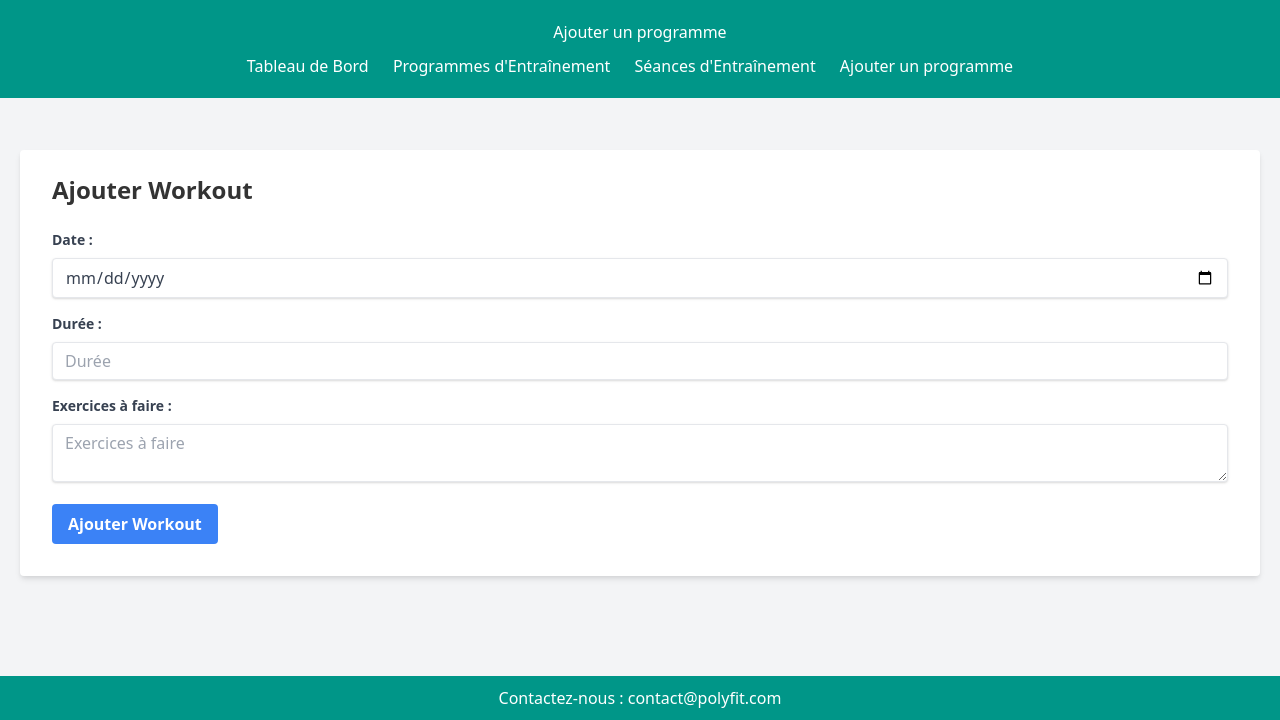
Repository: rimessouabni/polyfit
Page: src/main/resources/static/AddWorkout.html
These files come from the project's save history. The page is drawn as it stood at one moment and after the next save; the edit follows.
The browser window is 1280 px wide. The pictures show the whole page.

Above is the page before, as saved 2024-03-18 16:13:41.

After the next save:
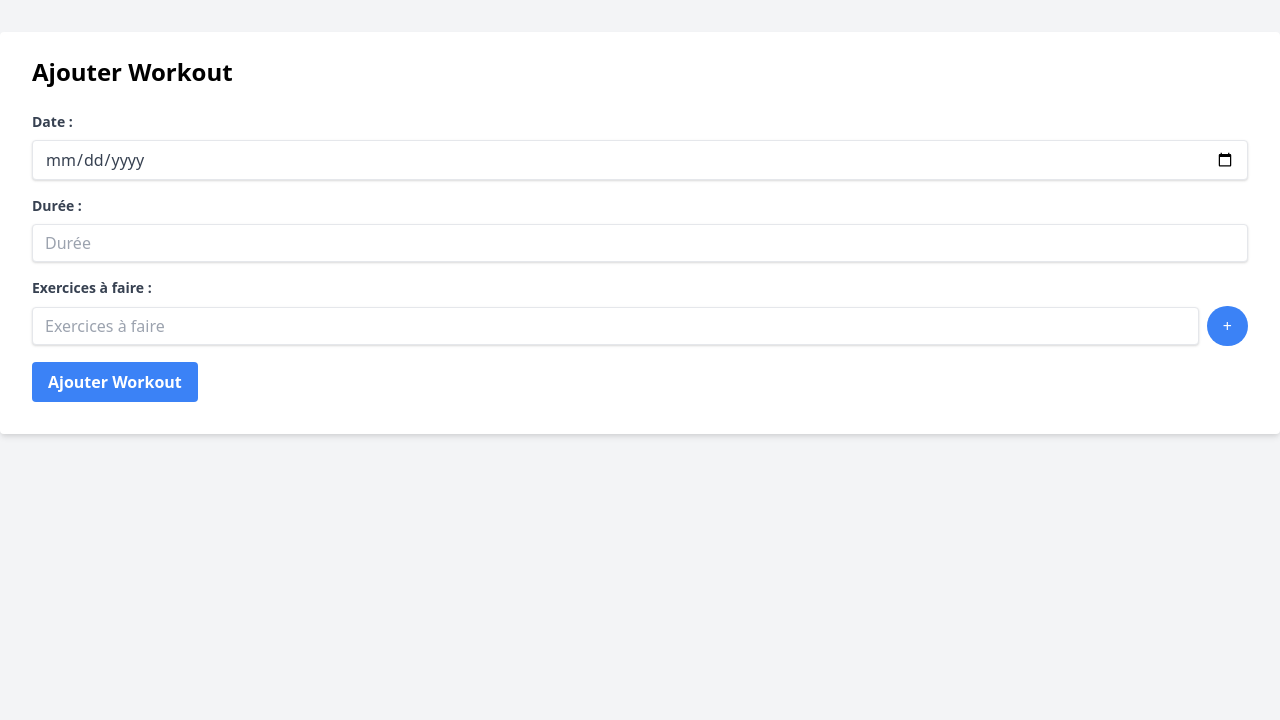
Saved 3 min 4 s later.
--- a/src/main/resources/static/AddWorkout.html
+++ b/src/main/resources/static/AddWorkout.html
@@ -4,27 +4,13 @@
     <meta charset="UTF-8">
     <meta name="viewport" content="width=device-width, initial-scale=1.0">
     <title>Ajouter Workout</title>
-    <link rel="stylesheet" href="styles.css">
     <link href="https://cdn.jsdelivr.net/npm/tailwindcss@2.2.19/dist/tailwind.min.css" rel="stylesheet">
 </head>
 <body class="bg-gray-100">
-    <header>
-        <h1>Ajouter un programme</h1>
-        <nav>
-            <ul>
-                <li><a href="dashboard.html">Tableau de Bord</a></li>
-                <li><a href="programs.html">Programmes d'Entraînement</a></li>
-                <li><a href="workouts.html">Séances d'Entraînement</a></li>
-                <li><a href="AddWorkout.html">Ajouter un programme</a></li>
-            </ul>
-        </nav>
-    </header>
-
-
     <div class="container mx-auto mt-8">
         <div class="bg-white shadow-md rounded px-8 pt-6 pb-8 mb-4">
             <h2 class="text-2xl font-bold mb-6">Ajouter Workout</h2>
-            <form>
+            <form id="workoutForm">
                 <div class="mb-4">
                     <label class="block text-gray-700 text-sm font-bold mb-2" for="date">Date :</label>
                     <input class="shadow appearance-none border rounded w-full py-2 px-3 text-gray-700 leading-tight focus:outline-none focus:shadow-outline" id="date" type="date" placeholder="Date">
@@ -33,9 +19,12 @@
                     <label class="block text-gray-700 text-sm font-bold mb-2" for="duration">Durée :</label>
                     <input class="shadow appearance-none border rounded w-full py-2 px-3 text-gray-700 leading-tight focus:outline-none focus:shadow-outline" id="duration" type="text" placeholder="Durée">
                 </div>
-                <div class="mb-4">
-                    <label class="block text-gray-700 text-sm font-bold mb-2" for="exercises">Exercices à faire :</label>
-                    <textarea class="shadow appearance-none border rounded w-full py-2 px-3 text-gray-700 leading-tight focus:outline-none focus:shadow-outline" id="exercises" placeholder="Exercices à faire"></textarea>
+                <div id="exercisesContainer" class="mb-4">
+                    <label class="block text-gray-700 text-sm font-bold mb-2">Exercices à faire :</label>
+                    <div class="flex items-center mb-2">
+                        <input class="shadow appearance-none border rounded w-full py-2 px-3 text-gray-700 leading-tight focus:outline-none focus:shadow-outline" name="exercise[]" placeholder="Exercices à faire">
+                        <button type="button" class="ml-2 py-2 px-4 bg-blue-500 text-white rounded-full hover:bg-blue-700 focus:outline-none focus:shadow-outline add-exercise-btn">+</button>
+                    </div>
                 </div>
                 <!-- Ajouter d'autres champs ici selon les besoins -->
 
@@ -48,9 +37,20 @@
         </div>
     </div>
 
+    <script>
+        document.addEventListener('DOMContentLoaded', function() {
+            const addExerciseBtn = document.querySelector('.add-exercise-btn');
+            const exercisesContainer = document.getElementById('exercisesContainer');
 
-    <footer>
-        <p>Contactez-nous : contact@polyfit.com</p>
-    </footer>
+            addExerciseBtn.addEventListener('click', function() {
+                const exerciseInput = document.createElement('input');
+                exerciseInput.className = 'shadow appearance-none border rounded w-full py-2 px-3 text-gray-700 leading-tight focus:outline-none focus:shadow-outline mt-2';
+                exerciseInput.setAttribute('name', 'exercise[]');
+                exerciseInput.setAttribute('placeholder', 'Exercices à faire');
+
+                exercisesContainer.appendChild(exerciseInput);
+            });
+        });
+    </script>
 </body>
 </html>
